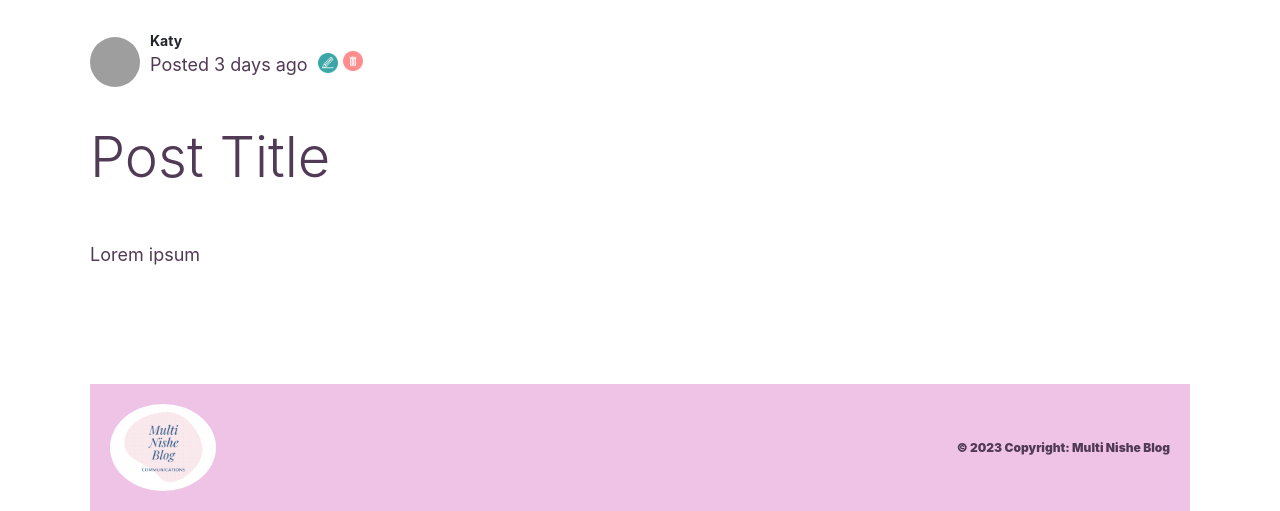
Repository: LolaSL/multi-niche-blog
Page: /post/1 (app in frontend/)
These files come from the project's save history. The page is drawn as it stood at one moment and after the next save; the edit follows.
The browser window is 1280 px wide. The pictures show the part of the page from y = 439 to 1058 px (the page is 950 px tall before and 1058 px after).
Pictures or frames that could not be fetched are drawn as grey boxes. The project was rebuilt for these pictures with package versions that can differ from the ones it lists, and the page was loaded fresh each time. Also part of the build but not shown: frontend/src/pages/Register.jsx, frontend/src/pages/Login.jsx, frontend/src/pages/CreatePost.jsx, frontend/src/pages/Home.jsx.

Above is the page before, as saved 2023-01-29 10:37:28.

After the next save:
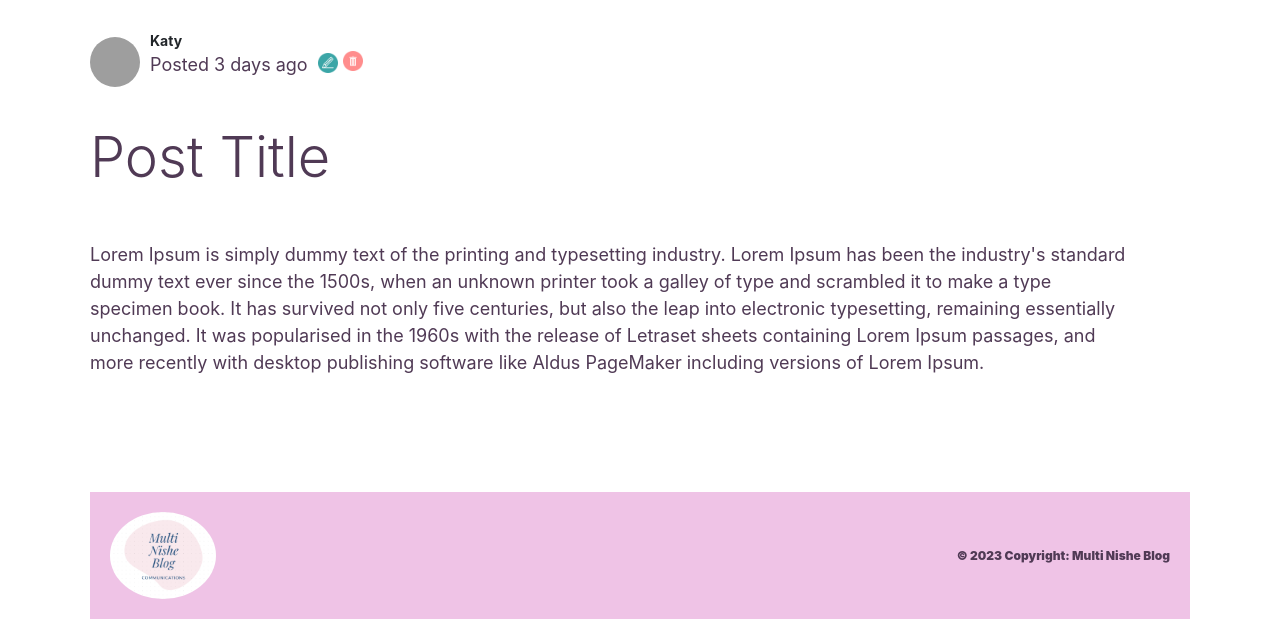
Saved 36 s later.
--- a/frontend/src/pages/Post.jsx
+++ b/frontend/src/pages/Post.jsx
@@ -31,7 +31,7 @@ const Post = () => {
 
         </div>
         <h1 className="post-title display-4">Post Title</h1>
-           <p>Lorem ipsum</p>
+           <p>Lorem Ipsum is simply dummy text of the printing and typesetting industry. Lorem Ipsum has been the industry's standard dummy text ever since the 1500s, when an unknown printer took a galley of type and scrambled it to make a type specimen book. It has survived not only five centuries, but also the leap into electronic typesetting, remaining essentially unchanged. It was popularised in the 1960s with the release of Letraset sheets containing Lorem Ipsum passages, and more recently with desktop publishing software like Aldus PageMaker including versions of Lorem Ipsum.</p>
       </div>
       <div className="menu">m</div>
     </div>
